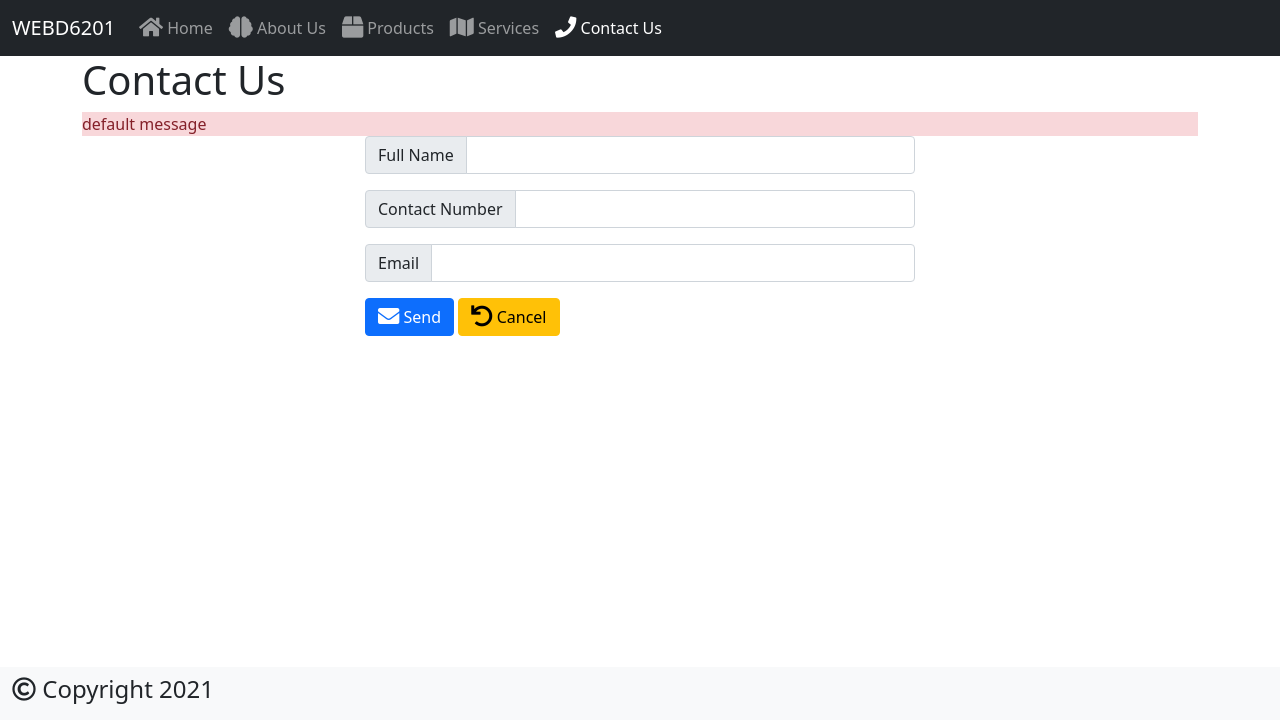
Repository: AshokSasi/WEBD6201-Week3
Page: contact.html
These files come from the project's save history. The page is drawn as it stood at one moment and after the next save; the edit follows.
The browser window is 1280 px wide. The pictures show the whole page.

Above is the page before, as saved 2021-01-21 10:49:54.

### contact.html
<!DOCTYPE html>
<html lang="en">
<head>
    <meta charset="UTF-8">
    <meta name="viewport" content="width=device-width, initial-scale=1.0">
    <title>Contact Us</title>
    <!-- CSS Section-->
    <link rel="stylesheet" href="./Content/app.css">
    <link rel="stylesheet" href="./node_modules/bootstrap/dist/css/bootstrap.min.css">
    <link rel="stylesheet" href="./node_modules/@fortawesome/fontawesome-free/css/all.min.css">
</head>
<body>
  <!-- Main Header -->
    <header>
      <!--main navbar-->
        <nav class="navbar navbar-expand-lg navbar-dark bg-dark">
            <div class="container-fluid">
              <a class="navbar-brand" href="index.html">WEBD6201</a>
              <button class="navbar-toggler" type="button" data-bs-toggle="collapse" data-bs-target="#navbarSupportedContent" aria-controls="navbarSupportedContent" aria-expanded="false" aria-label="Toggle navigation">
                <span class="navbar-toggler-icon"></span>
              </button>
              <div class="collapse navbar-collapse" id="navbarSupportedContent">
                <ul class="navbar-nav me-auto mb-2 mb-lg-0">
                  <li class="nav-item">
                    <a class="nav-link" aria-current="page" href="index.html"><i class="fas fa-home fa-lg"></i> Home</a>
                  </li>
                  <li class="nav-item">
                    <a class="nav-link" aria-current="page" href="about.html"><i class="fas fa-brain fa-lg"></i> About Us</a>
                  </li>
                  <li class="nav-item">
                    <a class="nav-link" aria-current="page" href="products.html"><i class="fas fa-box fa-lg"></i> Products</a>
                  </li>
                  <li class="nav-item">
                    <a class="nav-link" aria-current="page" href="services.html"><i class="fas fa-map fa-lg"></i> Services</a>
                  </li>
                  <li class="nav-item">
                    <a class="nav-link active" aria-current="page" href="contact.html"><i class="fas fa-phone fa-lg"></i> Contact Us</a>
                  </li>
                </ul>

              </div>
            </div>
          </nav>
    </header>

    <!-- Main Content-->
    <main class="container">
        <h1>Contact Us</h1>
       <div id="messageArea" class="alert-danger">
         default message
       </div>
        <!--Contact us form-->
        <div class="row justify-content-md-center g-3">
          <form class="col-lg-6 col-md-10 col-sm-10">

            <div class="input-group mb-3">
              <span class="input-group-text" id="inputGroup-sizing-default">Full Name</span>
              <input id= "fullName" type="text" class="form-control" aria-label="Full Name" aria-describedby="Full Name Input"
              name="fullName" required>
            </div>


            <div class="input-group mb-3">
              <span class="input-group-text" id="inputGroup-sizing-default">Contact Number</span>
              <input id= "contactNumber" type="tel" class="form-control" aria-label="Contact Number" aria-describedby="Contact Number Input"
              name="contactNumber" required>
            </div>

            <div class="input-group mb-3">
              <span class="input-group-text" id="inputGroup-sizing-default">Email</span>
              <input id= "emailAddress" type="email" class="form-control" aria-label="Email Address" aria-describedby="Email Address Input"
              name="emailAddress" required>
            </div>

            <button type="submit" class="btn btn-primary"><i class="fas fa-envelope fa-lg"></i> Send</button>
            <button type="reset" class="btn btn-warning"><i class="fas fa-undo fa-lg"></i> Cancel</button>
          </form>

        </div>

    </main>

    <!--Main Footer Nav -->
    <footer>
        <nav class="navbar fixed-bottom navbar-light bg-light">
            <div class="container-fluid">
              <h4><i class="far fa-copyright"></i> Copyright 2021</h4>
            </div>
          </nav>
    </footer>

    <!--Javascript section-->
    <script src="./Scripts/app.js"></script>
    <script src="./node_modules/jquery/dist/jquery.min.js"></script>
    <script src="./node_modules/bootstrap/dist/js/bootstrap.bundle.min.js"></script>
</body>
</html>

### Scripts/app.js

//IIFE Immediately Function Expression
//AKA - Anonymous Self- Executing Function
//Closure - Limits scop leak

"use strict";

(function()
{
    function displayHome()
    {
        let paragraphOneText =
          "This is a simple site to demonstrate DOM manipulation for ICE 1";

        let paragraphOneElement = document.getElementById("paragraphOne");

        paragraphOneElement.textContent = paragraphOneText;
        paragraphOneElement.className = "fs-5";

        // Step 1: document.createElement
        let newParagraph = document.createElement("p");
        // Step 2: Configure the element
        newParagraph.setAttribute("id", "paragraphTwo");
        newParagraph.textContent = "... And this is paragraph two";
        // Step 3: Select the parent element
        let mainContent = document.getElementsByTagName("main")[0];
        // Step4: Add/Insert the element
        mainContent.appendChild(newParagraph);

        newParagraph.className = "fs-6";

        //another way of injecting content
        let paragraphDiv = document.createElement("div");
        let paragraphThree = `<p id="paragraphThree" class="fs-7 fw-bold">And this is the third paragraph</p>`;
        paragraphDiv.innerHTML = paragraphThree;

        //example of inserting before a node.
        //  newParagraph.before(paragraphDiv)

        //example of inserting after a node.
        newParagraph.after(paragraphDiv);

        //delete elements
        //paragraphOneElement.remove();

        //example of remove child
        mainContent.removeChild(paragraphOneElement);

        //update / modification
        // mainContent.firstElementChild.textContent = "Welcome Home";

        mainContent.innerHTML = `<h1 id="firstHeading">Welcome to WEBD6201 - ICE 1</h1>
     <p id="paragraphOne" class="fs-3 fw-bold">This is my first paragraph</p>
     `;

    }

    function displayAbout()
    {

    }

    function displayProducts()
    {

    }

    function displayServices()
    {

    }

    function displayContact()
    {
        let messageArea = document.getElementById("messageArea");
        //messageArea.hidden = true;

        //form validation
        let fullName = document.getElementById("fullName");
        fullName.addEventListener("blur", function(){

            if(fullName.value.length < 2)
            {
                fullName.focus();
                fullName.select();
            }

        })
    }

    function Start()
    {
        console.log("App started ...");
        console.log(document.title);
        switch (document.title)
        {
          case "Home":
              displayHome();
            break;
          case "About":
              displayAbout();
            break;
          case "Products":
              displayProducts();
            break;
          case "Services":
              displayServices();
            break;
          case "Contact Us":
              displayContact();
            break;
        }


    }
    window.addEventListener("load", Start);
})();

Loaded but not shown: node_modules/bootstrap/dist/css/bootstrap.min.css (library); node_modules/@fortawesome/fontawesome-free/css/all.min.css (library); node_modules/jquery/dist/jquery.min.js (library); node_modules/bootstrap/dist/js/bootstrap.bundle.min.js (library); Content/app.css (no stored copy; drawn as an empty file)

After the next save:
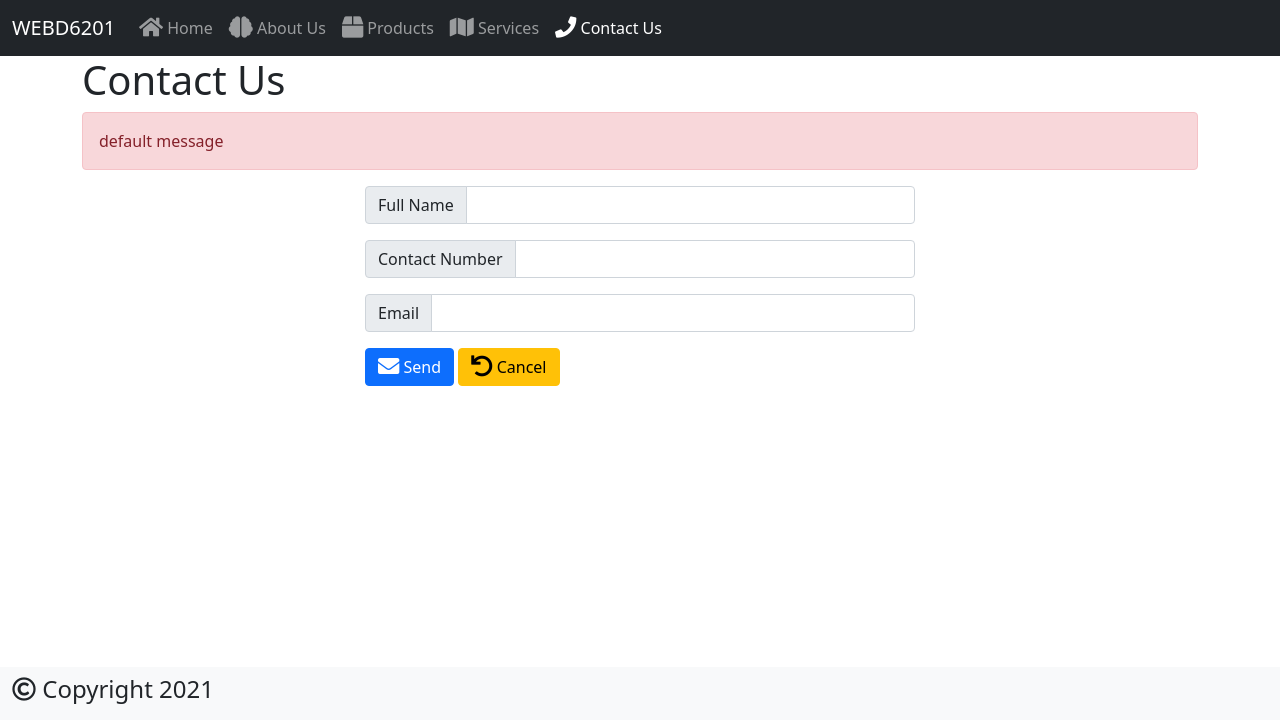
Saved 27 s later.
--- a/contact.html
+++ b/contact.html
@@ -46,7 +46,7 @@
     <!-- Main Content-->
     <main class="container">
         <h1>Contact Us</h1>
-       <div id="messageArea" class="alert-danger">
+       <div id="messageArea" class="alert alert-danger">
          default message
        </div>
         <!--Contact us form-->
